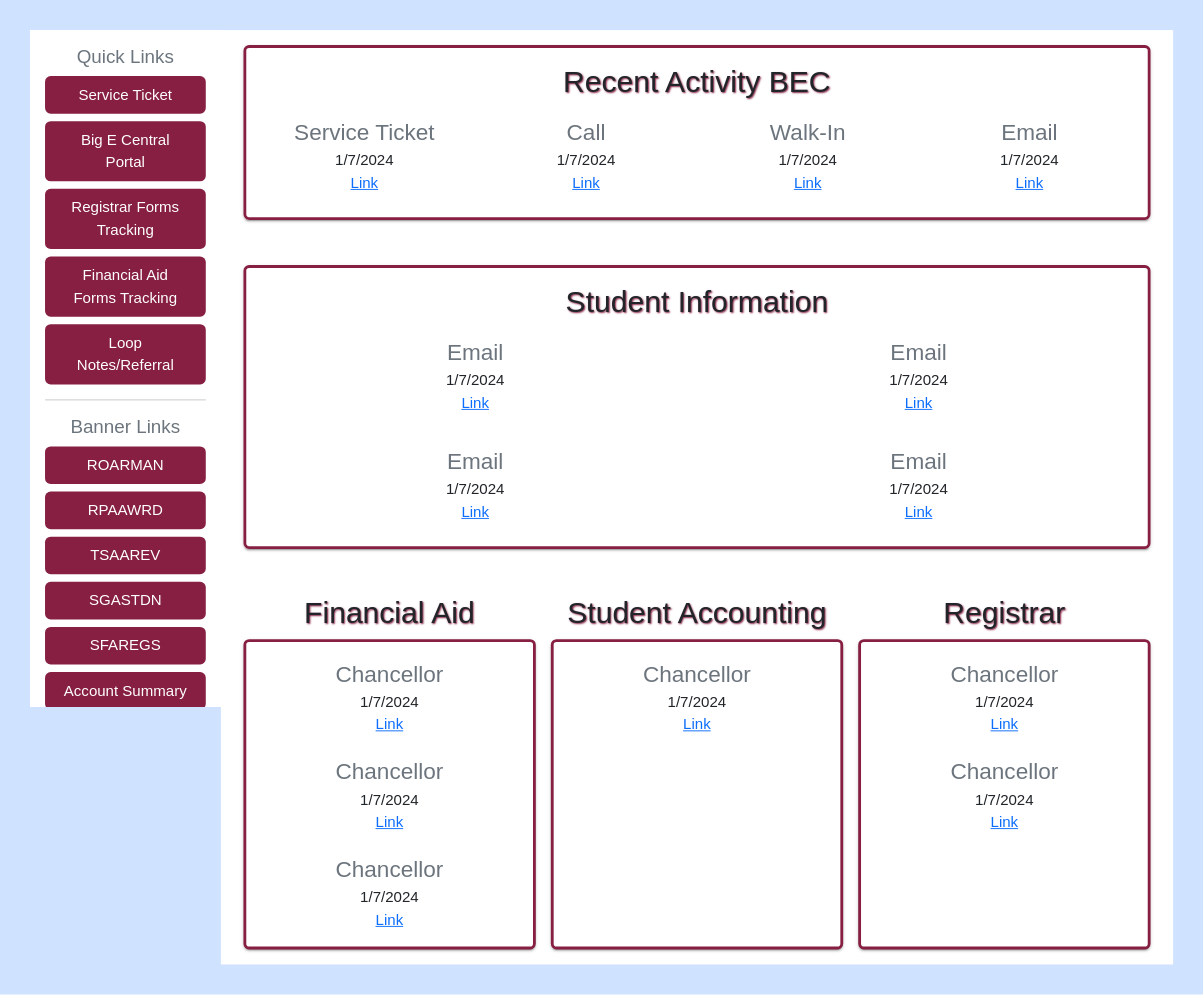
Repository: chancellor-w-whitaker/bec-tab
Page: /
An editor plug-in stored every save of this project. The page is shown before and after the next save, followed by the edit.
The browser window is 1280 px wide. The pictures show the whole page, at 94% of full size.
Some web fonts or font styles are not loaded; a fallback is used. The project was rebuilt for these pictures with package versions that can differ from the ones it lists, and the page was loaded fresh each time. Also part of the build but not shown: vite.config.js.

Above is the page before, as saved 2024-01-07 22:05:20.

### src/main.jsx
// Bootstrap Bundle JS
import "bootstrap/dist/js/bootstrap.bundle.min";
// Bootstrap CSS
import "bootstrap/dist/css/bootstrap.min.css";
import ReactDOM from "react-dom/client";
import React from "react";

import App from "./App.jsx";
import "./index.css";

ReactDOM.createRoot(document.getElementById("root")).render(
  <React.StrictMode>
    <App />
  </React.StrictMode>
);

### src/App.jsx
import { useEffect } from "react";

import "./App.css";

// const genericSentences = [
//   `It is a long established fact that a reader will be distracted by the readable content of a page when looking at its layout.`,
//   `The point of using Lorem Ipsum is that it has a more-or-less normal distribution of letters, as opposed to using 'Content here, content here', making it look like readable English.`,
//   `Many desktop publishing packages and web page editors now use Lorem Ipsum as their default model text, and a search for 'lorem ipsum' will uncover many web sites still in their infancy.`,
//   `Various versions have evolved over the years, sometimes by accident, sometimes on purpose (injected humour and the like).`,
// ];

const ekuMaroon = "#861f41";

const ekuBorder = { border: `3px solid ${ekuMaroon}` };

const SomeBlock = ({
  href = "https://www.eku.edu/",
  title = "Chancellor",
  linkText = "Link",
  date = "1/7/2024",
  className = "",
  padding = 2,
  style = {},
}) => {
  return (
    <div
      className={`p-${padding} text-center ${className}`}
      style={{ ...style }}
    >
      <div className="fs-4 text-secondary fw-medium">{title}</div>
      <div>
        <div>{date}</div>
        <a rel="noreferrer" target="_blank" href={href}>
          {linkText}
        </a>
      </div>
    </div>
  );
};

const ShadowyTitle = ({ children = "Placeholder" }) => {
  return (
    <div
      style={{ textShadow: `1px 1px 2px ${ekuMaroon}` }}
      className="fs-2 lh-sm"
    >
      {children}
    </div>
  );
};

const useBodyBgVariant = (bgVariant = "body-tertiary") => {
  useEffect(() => {
    document.body.classList.add(`bg-${bgVariant}`);

    return () => {
      document.body.classList.remove(`bg-${bgVariant}`);
    };
  }, [bgVariant]);
};

const NavItem = ({ href = "https://www.eku.edu/", ...rest }) => {
  return (
    <li className="nav-item">
      <a
        style={{ backgroundColor: ekuMaroon }}
        className="nav-link active"
        aria-current="page"
        rel="noreferrer"
        target="_blank"
        href={href}
        {...rest}
      ></a>
    </li>
  );
};

const Sidebar = () => {
  return (
    <>
      <div className="sidebar-lg-sticky col-md-3 col-xl-2 p-3 bg-white overflow-auto text-break">
        <div className="d-flex flex-column text-center">
          <div className="fs-5 mb-2 lh-sm fw-medium text-secondary">
            Quick Links
          </div>
          <ul className="nav nav-pills flex-column gap-2">
            <NavItem>Service Ticket</NavItem>
            <NavItem>Big E Central Portal</NavItem>
            <NavItem>Registrar Forms Tracking</NavItem>
            <NavItem>Financial Aid Forms Tracking</NavItem>
            <NavItem>Loop Notes/Referral</NavItem>
          </ul>
        </div>
        <hr></hr>
        <div className="d-flex flex-column text-center">
          <div className="fs-5 mb-2 lh-sm fw-medium text-secondary">
            Banner Links
          </div>
          <ul className="nav nav-pills flex-column gap-2">
            <NavItem>ROARMAN</NavItem>
            <NavItem>RPAAWRD</NavItem>
            <NavItem>TSAAREV</NavItem>
            <NavItem>SGASTDN</NavItem>
            <NavItem>SFAREGS</NavItem>
            <NavItem>Account Summary</NavItem>
          </ul>
        </div>
      </div>
    </>
  );
};

const Main = () => {
  return (
    <>
      <div className="col-md-9 ms-sm-auto col-xl-10 px-md-4 py-3 bg-white">
        <div className="d-flex flex-column gap-5">
          <TopRow className="shadow-sm"></TopRow>
          <MiddleRow className="shadow-sm"></MiddleRow>
          <BottomRow></BottomRow>
        </div>
      </div>
    </>
  );
};

const TopRow = ({ className = "" }) => {
  return (
    <div
      className={`rounded text-center p-3 d-flex flex-column gap-2 ${className}`.trimEnd()}
      style={{ ...ekuBorder }}
    >
      <ShadowyTitle>Recent Activity BEC</ShadowyTitle>
      <div className="d-flex gap-3 flex-wrap text-nowrap">
        <SomeBlock
          title={"Service Ticket"}
          date={"1/7/2024"}
          className="col"
        ></SomeBlock>
        <SomeBlock date={"1/7/2024"} className="col" title={"Call"}></SomeBlock>
        <SomeBlock
          date={"1/7/2024"}
          title={"Walk-In"}
          className="col"
        ></SomeBlock>
        <SomeBlock
          date={"1/7/2024"}
          className="col"
          title={"Email"}
        ></SomeBlock>
      </div>
    </div>
  );
};

const MiddleRow = ({ className = "" }) => {
  return (
    <>
      <div
        className={`rounded text-center p-3 d-flex flex-column gap-2 ${className}`.trimEnd()}
        style={{ ...ekuBorder }}
      >
        <ShadowyTitle>Student Information</ShadowyTitle>
        <div className="d-flex gap-3 flex-wrap text-nowrap justify-content-around">
          <SomeBlock
            style={{ minWidth: 300 }}
            date={"1/7/2024"}
            className="col"
            title={"Email"}
          ></SomeBlock>
          <SomeBlock
            style={{ minWidth: 300 }}
            date={"1/7/2024"}
            className="col"
            title={"Email"}
          ></SomeBlock>
          <SomeBlock
            style={{ minWidth: 300 }}
            date={"1/7/2024"}
            className="col"
            title={"Email"}
          ></SomeBlock>
          <SomeBlock
            style={{ minWidth: 300 }}
            date={"1/7/2024"}
            className="col"
            title={"Email"}
          ></SomeBlock>
        </div>
      </div>
    </>
  );
};

const BottomRow = ({ className = "" }) => {
  return (
    <>
      <div className={`d-flex flex-row gap-3 flex-wrap ${className}`.trimEnd()}>
        <div className="d-flex flex-column gap-2 text-center col">
          <div
            style={{ textShadow: "rgb(134, 31, 65) 1px 1px 2px" }}
            className="fs-2 lh-sm text-nowrap"
          >
            Financial Aid
          </div>
          <div
            className="h-100 p-2 rounded bg-white d-flex flex-column gap-1 shadow-sm"
            style={{ border: "3px solid rgb(134, 31, 65)" }}
          >
            <SomeBlock></SomeBlock>
            <SomeBlock></SomeBlock>
            <SomeBlock></SomeBlock>
          </div>
        </div>
        <div className="d-flex flex-column gap-2 text-center col">
          <div
            style={{ textShadow: "rgb(134, 31, 65) 1px 1px 2px" }}
            className="fs-2 lh-sm text-nowrap"
          >
            Student Accounting
          </div>
          <div
            className="h-100 p-2 rounded bg-white d-flex flex-column gap-1 shadow-sm"
            style={{ border: "3px solid rgb(134, 31, 65)" }}
          >
            <SomeBlock></SomeBlock>
          </div>
        </div>
        <div className="d-flex flex-column gap-2 text-center col">
          <div
            style={{ textShadow: "rgb(134, 31, 65) 1px 1px 2px" }}
            className="fs-2 lh-sm text-nowrap"
          >
            Registrar
          </div>
          <div
            className="h-100 p-2 rounded bg-white d-flex flex-column gap-1 shadow-sm"
            style={{ border: "3px solid rgb(134, 31, 65)" }}
          >
            <SomeBlock></SomeBlock>
            <SomeBlock></SomeBlock>
          </div>
        </div>
      </div>
    </>
  );
};

const App = () => {
  useBodyBgVariant("primary-subtle");

  return (
    <div className="container-fluid">
      <div className="row">
        <Sidebar></Sidebar>
        <Main></Main>
      </div>
    </div>
  );
};

export default App;

### src/index.css
@font-face {
  font-family: poppins;
  font-style: normal;
  font-weight: 400;
  src: local("Poppins"),
    url(https://fonts.cdnfonts.com/s/16009/Poppins-Regular.woff) format("woff");
}
@font-face {
  font-family: poppins;
  font-style: normal;
  font-weight: 400;
  src: local("Poppins"),
    url(https://fonts.cdnfonts.com/s/16009/Poppins-Regular.woff) format("woff");
}
@font-face {
  font-family: poppins;
  font-style: italic;
  font-weight: 400;
  src: local("Poppins"),
    url(https://fonts.cdnfonts.com/s/16009/Poppins-Italic.woff) format("woff");
}
@font-face {
  font-family: poppins;
  font-style: italic;
  font-weight: 400;
  src: local("Poppins"),
    url(https://fonts.cdnfonts.com/s/16009/Poppins-Italic.woff) format("woff");
}
@font-face {
  font-family: poppins;
  font-style: normal;
  font-weight: 250;
  src: local("Poppins"),
    url(https://fonts.cdnfonts.com/s/16009/Poppins-Thin.woff) format("woff");
}
@font-face {
  font-family: poppins;
  font-style: normal;
  font-weight: 250;
  src: local("Poppins"),
    url(https://fonts.cdnfonts.com/s/16009/Poppins-Thin.woff) format("woff");
}
@font-face {
  font-family: poppins;
  font-style: italic;
  font-weight: 250;
  src: local("Poppins"),
    url(https://fonts.cdnfonts.com/s/16009/Poppins-ThinItalic.woff)
      format("woff");
}
@font-face {
  font-family: poppins;
  font-style: italic;
  font-weight: 250;
  src: local("Poppins"),
    url(https://fonts.cdnfonts.com/s/16009/Poppins-ThinItalic.woff)
      format("woff");
}
@font-face {
  font-family: poppins;
  font-style: normal;
  font-weight: 275;
  src: local("Poppins"),
    url(https://fonts.cdnfonts.com/s/16009/Poppins-ExtraLight.woff)
      format("woff");
}
@font-face {
  font-family: poppins;
  font-style: normal;
  font-weight: 275;
  src: local("Poppins"),
    url(https://fonts.cdnfonts.com/s/16009/Poppins-ExtraLight.woff)
      format("woff");
}
@font-face {
  font-family: poppins;
  font-style: italic;
  font-weight: 275;
  src: local("Poppins"),
    url(https://fonts.cdnfonts.com/s/16009/Poppins-ExtraLightItalic.woff)
      format("woff");
}
@font-face {
  font-family: poppins;
  font-style: italic;
  font-weight: 275;
  src: local("Poppins"),
    url(https://fonts.cdnfonts.com/s/16009/Poppins-ExtraLightItalic.woff)
      format("woff");
}
@font-face {
  font-family: poppins;
  font-style: normal;
  font-weight: 300;
  src: local("Poppins"),
    url(https://fonts.cdnfonts.com/s/16009/Poppins-Light.woff) format("woff");
}
@font-face {
  font-family: poppins;
  font-style: normal;
  font-weight: 300;
  src: local("Poppins"),
    url(https://fonts.cdnfonts.com/s/16009/Poppins-Light.woff) format("woff");
}
@font-face {
  font-family: poppins;
  font-style: italic;
  font-weight: 300;
  src: local("Poppins"),
    url(https://fonts.cdnfonts.com/s/16009/Poppins-LightItalic.woff)
      format("woff");
}
@font-face {
  font-family: poppins;
  font-style: italic;
  font-weight: 300;
  src: local("Poppins"),
    url(https://fonts.cdnfonts.com/s/16009/Poppins-LightItalic.woff)
      format("woff");
}
@font-face {
  font-family: poppins;
  font-style: normal;
  font-weight: 500;
  src: local("Poppins"),
    url(https://fonts.cdnfonts.com/s/16009/Poppins-Medium.woff) format("woff");
}
@font-face {
  font-family: poppins;
  font-style: normal;
  font-weight: 500;
  src: local("Poppins"),
    url(https://fonts.cdnfonts.com/s/16009/Poppins-Medium.woff) format("woff");
}
@font-face {
  font-family: poppins;
  font-style: italic;
  font-weight: 500;
  src: local("Poppins"),
    url(https://fonts.cdnfonts.com/s/16009/Poppins-MediumItalic.woff)
      format("woff");
}
@font-face {
  font-family: poppins;
  font-style: italic;
  font-weight: 500;
  src: local("Poppins"),
    url(https://fonts.cdnfonts.com/s/16009/Poppins-MediumItalic.woff)
      format("woff");
}
@font-face {
  font-family: poppins;
  font-style: normal;
  font-weight: 600;
  src: local("Poppins"),
    url(https://fonts.cdnfonts.com/s/16009/Poppins-SemiBold.woff) format("woff");
}
@font-face {
  font-family: poppins;
  font-style: normal;
  font-weight: 600;
  src: local("Poppins"),
    url(https://fonts.cdnfonts.com/s/16009/Poppins-SemiBold.woff) format("woff");
}
@font-face {
  font-family: poppins;
  font-style: italic;
  font-weight: 600;
  src: local("Poppins"),
    url(https://fonts.cdnfonts.com/s/16009/Poppins-SemiBoldItalic.woff)
      format("woff");
}
@font-face {
  font-family: poppins;
  font-style: italic;
  font-weight: 600;
  src: local("Poppins"),
    url(https://fonts.cdnfonts.com/s/16009/Poppins-SemiBoldItalic.woff)
      format("woff");
}
@font-face {
  font-family: poppins;
  font-style: normal;
  font-weight: 700;
  src: local("Poppins"),
    url(https://fonts.cdnfonts.com/s/16009/Poppins-Bold.woff) format("woff");
}
@font-face {
  font-family: poppins;
  font-style: normal;
  font-weight: 700;
  src: local("Poppins"),
    url(https://fonts.cdnfonts.com/s/16009/Poppins-Bold.woff) format("woff");
}
@font-face {
  font-family: poppins;
  font-style: italic;
  font-weight: 700;
  src: local("Poppins"),
    url(https://fonts.cdnfonts.com/s/16009/Poppins-BoldItalic.woff)
      format("woff");
}
@font-face {
  font-family: poppins;
  font-style: italic;
  font-weight: 700;
  src: local("Poppins"),
    url(https://fonts.cdnfonts.com/s/16009/Poppins-BoldItalic.woff)
      format("woff");
}
@font-face {
  font-family: poppins;
  font-style: normal;
  font-weight: 800;
  src: local("Poppins"),
    url(https://fonts.cdnfonts.com/s/16009/Poppins-ExtraBold.woff)
      format("woff");
}
@font-face {
  font-family: poppins;
  font-style: normal;
  font-weight: 800;
  src: local("Poppins"),
    url(https://fonts.cdnfonts.com/s/16009/Poppins-ExtraBold.woff)
      format("woff");
}
@font-face {
  font-family: poppins;
  font-style: italic;
  font-weight: 800;
  src: local("Poppins"),
    url(https://fonts.cdnfonts.com/s/16009/Poppins-ExtraBoldItalic.woff)
      format("woff");
}
@font-face {
  font-family: poppins;
  font-style: italic;
  font-weight: 800;
  src: local("Poppins"),
    url(https://fonts.cdnfonts.com/s/16009/Poppins-ExtraBoldItalic.woff)
      format("woff");
}
@font-face {
  font-family: poppins;
  font-style: normal;
  font-weight: 900;
  src: local("Poppins"),
    url(https://fonts.cdnfonts.com/s/16009/Poppins-Black.woff) format("woff");
}
@font-face {
  font-family: poppins;
  font-style: normal;
  font-weight: 900;
  src: local("Poppins"),
    url(https://fonts.cdnfonts.com/s/16009/Poppins-Black.woff) format("woff");
}
@font-face {
  font-family: poppins;
  font-style: italic;
  font-weight: 900;
  src: local("Poppins"),
    url(https://fonts.cdnfonts.com/s/16009/Poppins-BlackItalic.woff)
      format("woff");
}
@font-face {
  font-family: poppins;
  font-style: italic;
  font-weight: 900;
  src: local("Poppins"),
    url(https://fonts.cdnfonts.com/s/16009/Poppins-BlackItalic.woff)
      format("woff");
}

:root,
[data-bs-theme="light"] {
  --bs-font-sans-serif: "Poppins", sans-serif;

  --bs-box-shadow: 0px 3px 3px -2px rgba(0, 0, 0, 0.2),
    0px 3px 4px 0px rgba(0, 0, 0, 0.14), 0px 1px 8px 0px rgba(0, 0, 0, 0.12);
  --bs-box-shadow-sm: 0px 3px 1px -2px rgba(0, 0, 0, 0.2),
    0px 2px 2px 0px rgba(0, 0, 0, 0.14), 0px 1px 5px 0px rgba(0, 0, 0, 0.12);
  --bs-box-shadow-lg: 0px 2px 4px -1px rgba(0, 0, 0, 0.2),
    0px 4px 5px 0px rgba(0, 0, 0, 0.14), 0px 1px 10px 0px rgba(0, 0, 0, 0.12);
}

@media (min-width: 768px) {
  .sidebar-lg-sticky {
    inset-block-start: 0;
    position: sticky;
    height: 100vh;
  }
}

Loaded but not shown: index.html (common file); src/App.css (common file)

After the next save:
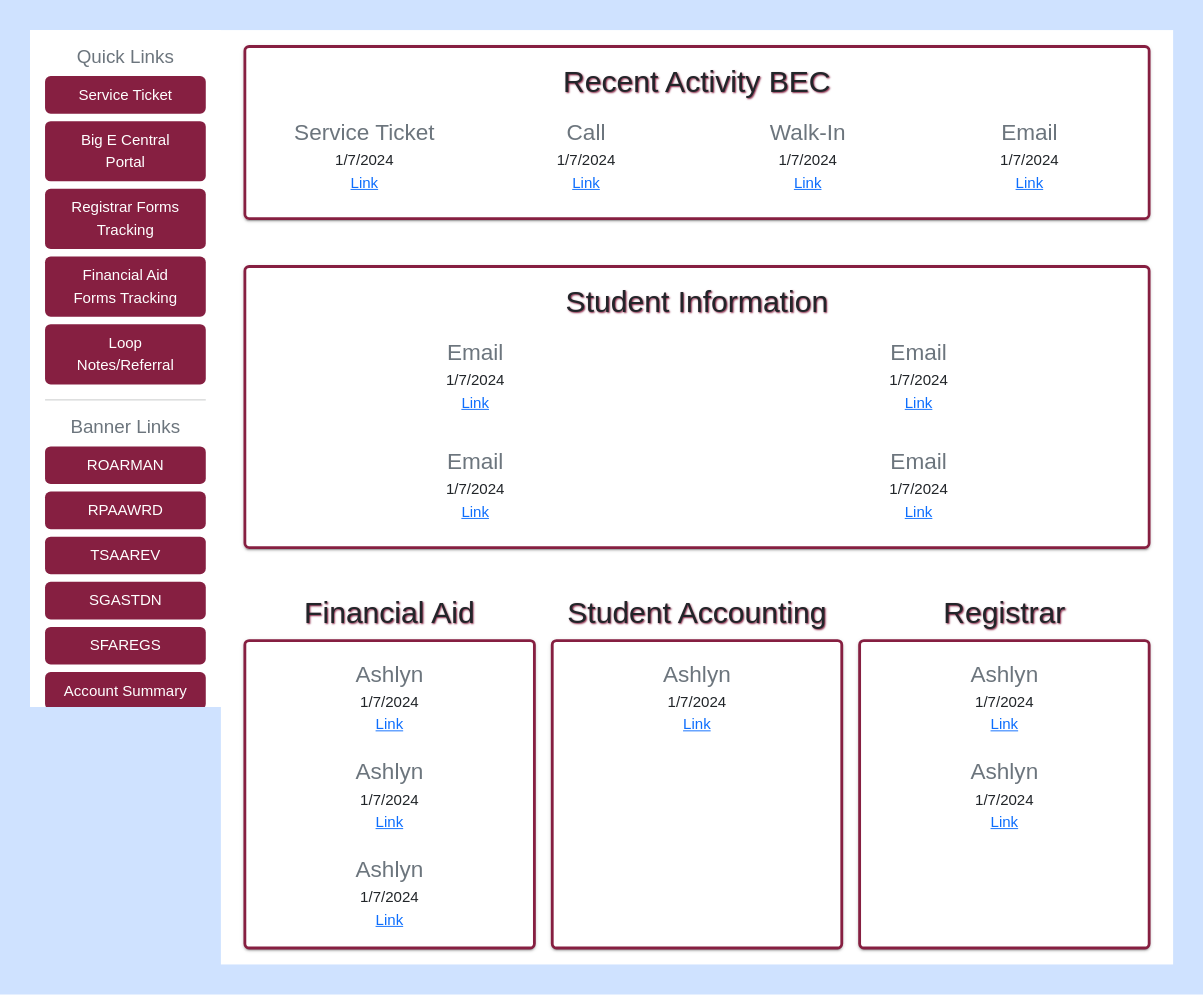
Saved 106 s later.
--- a/src/App.jsx
+++ b/src/App.jsx
@@ -15,9 +15,9 @@ const ekuBorder = { border: `3px solid ${ekuMaroon}` };
 
 const SomeBlock = ({
   href = "https://www.eku.edu/",
-  title = "Chancellor",
   linkText = "Link",
   date = "1/7/2024",
+  title = "Ashlyn",
   className = "",
   padding = 2,
   style = {},
